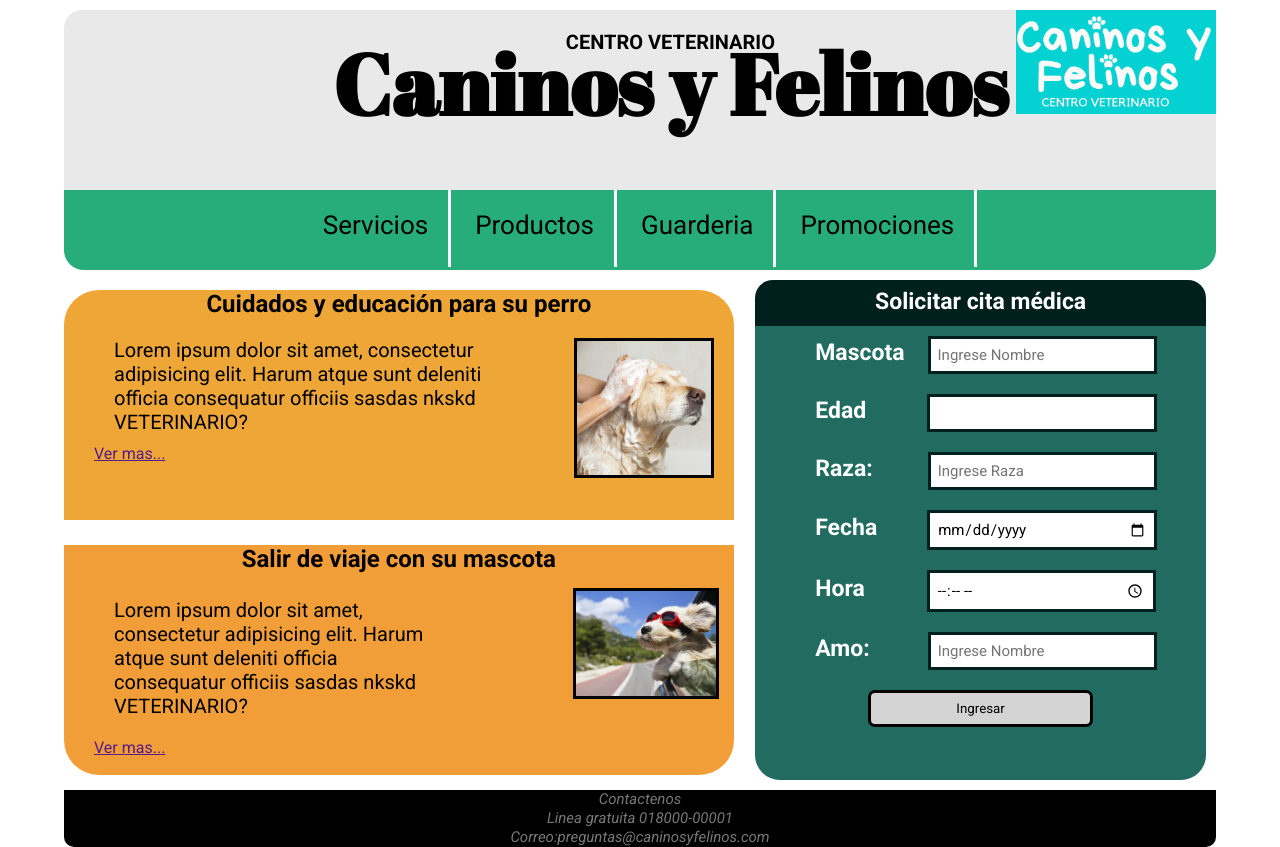
Repository: NickArregoces/Veterinaria
Page: Index.html
An editor plug-in stored every save of this project. The page is shown before and after the next save, followed by the edit.
The browser window is 1280 px wide. The pictures show the whole page.

Above is the page before, as saved 2021-10-08 18:26:11.

### Index.html
<!DOCTYPE html>
<html lang="en">
<head>
    <meta charset="UTF-8">
    <meta http-equiv="X-UA-Compatible" content="IE=edge">
    <meta name="viewport" content="width=device-width, initial-scale=1.0">
    <title>Canicos y felinos</title>
    <link rel="stylesheet" href="/CSS/Style.css">
    <link href="https://fonts.googleapis.com/css2?family=Roboto:ital,wght@0,100;0,300;0,400;0,500;0,700;0,900;1,100;1,300;1,400;1,500;1,700;1,900&display=swap" rel="stylesheet">
    <link rel="preconnect" href="https://fonts.googleapis.com">
    <link rel="preconnect" href="https://fonts.gstatic.com" crossorigin>
    <link href="https://fonts.googleapis.com/css2?family=Abril+Fatface&display=swap" rel="stylesheet">

</head>
<body>
    <div id="head">
        <header>
            <div class="image">
                <img src="/Images/logo.png" alt="logo">
            </div>
            <div class="title" >
                <h3>CENTRO VETERINARIO</h3>
                <h1>Caninos y Felinos</h1>
            </div>

        </header>

        <div class="navegador">
            <ul class="menu">
                <li><a href="#">Servicios</a></li>
                <li><a href="#">Productos</a></li>
                <li><a href="#">Guarderia</a></li>
                <li><a href="#">Promociones</a></li>
            </ul>
        </div>

    </div>
        <div id="Contenido">
            <div class="section">

                <form action="" class="cita">
                    <h3 style="color: rgb(255, 255, 255);">Solicitar cita médica</h3>
                        <div class="Mascota">
                            <h4>Mascota<input type="text" placeholder="Ingrese Nombre" required></h4>
                        </div>

                        <div class="Edad">
                            <h4>Edad<input type="number" required></h4>
                        </div>

                        <div class="Raza">
                            <h4>Raza:<input type="text" placeholder="Ingrese Raza" required></h4>
                        </div>
                        <div class="Fecha">
                            <h4>Fecha<input type="date" placeholder="" required></h4>
                        </div>

                        <div class="Hora">
                            <h4>Hora<input type="time" required></h4>
                        </div>

                        <div class="Amo">
                            <h4>Amo:<input type="text" placeholder="Ingrese Nombre" required></h4>
                        </div>

                    <div class="button">
                        <button class="sumbit"> Ingresar </button>
                    </div>

                </form>
            </div>

            <div id="Cuadros">
                <aside>
                    <div class="Cuidados">
                        <h2 style="color: rgb(0, 0, 0);">Cuidados y educación para su perro</h2>

                        <div id="Prueba">
                            <img id="Prubea" src="/Images/credit.png" alt="">


                            <p>Lorem ipsum dolor sit amet, consectetur adipisicing elit.
                                Harum atque sunt deleniti officia consequatur officiis
                                sasdas nkskd VETERINARIO?</p>

                            <div class="vinculo"><a href="">Ver mas...</a></div>
                        </div>

                    </div>

                    <div class="Viajes">
                        <h2 style="color: rgb(0, 0, 0);">Salir de viaje con su mascota</h2>

                        <div id="Prueba">
                            <img id="Prubea" src="/Images/Wallpaper(80).jpg" alt="">

                            <p>Lorem ipsum dolor sit amet, consectetur adipisicing elit.
                            Harum atque sunt deleniti officia consequatur officiis
                            sasdas nkskd VETERINARIO?</p>

                            <div class="vinculo1"><a href="">Ver mas...</a></div>
                        </div>
                    </div>
                </aside>
            </div>

            <div>
                <footer>
                        <p>Contactenos</p>
                        <p>Linea gratuita 018000-00001</p>
                        <p>Correo:preguntas@caninosyfelinos.com</p>
                </footer>
            </div>
        </div>

</body>
</html>

### CSS/Style.css

*{
    margin: 0 auto;
    padding: 0px;
    list-style:none;
    font-family: 'Roboto', sans-serif;
}
body{
    font-family: Arial, Helvetica, sans-serif;
    background: rgb(255, 255, 255);
    width: 90%;
    color: rgb(0, 0, 0);
}
header{
    width: 100%;
    margin-top: 10px;
    background:rgb(233, 233, 233);
    border-top-left-radius:  18px;
    border-top-right-radius:  18px;
    height: 180px;
}
    img{
        float: right;
        width: 200px;
    }
    .title{
        float: right;
        width: 60%;
        margin-top: 20px;
    }
    header h1{
        font-family: 'Abril Fatface', cursive;
        font-size: 85px;
        text-align: center;
        line-height: 60px;
        display: block;
        color: black;
    }
    header h3{
        font-size: 20px;
        text-align: center;
    }
div.navegador{
    text-align: center;
}
    ul.menu{
        border-bottom-left-radius: 20px 20px;
        border-bottom-right-radius: 20px 20px;
        background: rgb(38, 173, 122);
        height: 80px;
        list-style: none;
        padding: 0;
        max-width: 10000px;
    }
    .menu li a{
        height: 37px;
        font-size: 26px;
        margin-right: 1px;
        text-decoration: none;
        color:black;
        padding: 20px;
        display: table-cell;
    }
    .menu li {
        border-right: solid white;
        display: inline-block;
        }
    .menu li a:hover{
        background: #242323b6;
        color: white;
        }

.section{
    width: 40%;
    float: right;
}
    /*Formulario Login*/
    form{
        background: rgb(33, 107, 97);
        border-radius: 25px;
        margin-top: 10px;
        margin-right:10px;
        margin-bottom: 10px;
        height: 500px;
    }
        form h3{
            font-size: 23px;
            text-align: center;
            background: rgb(0, 32, 29);
            height: 30px;
            padding: 8px;
            border-top-left-radius: 18px;
            border-top-right-radius: 18px;
        }
        form h4{
            font-size: 23px;
            padding: 10px;
            margin-left: 50px;
            color: rgb(255, 255, 255);

        }
        form input{
            font-size: 15px;
            width: 55%;
            padding: 7px;
            display: inline;
            border: solid rgb(0, 32, 29);
            margin-left: 10px;
        }
        div.Mascota input {
            margin-left: 23px;
        }
        div.Edad input {
            margin-left: 61px;
        }
        div.Raza input {
            margin-left: 55px;
        }
        div.Fecha input {
            margin-left: 50px;
        }
        div.Hora input {
            margin-left: 62px;
        }
        div.Amo input {
            margin-left: 58px;
        }
        div.button{
            margin-top: 10px;
            margin: auto;
            text-align: center;
            width: 50%;
            cursor: pointer;
        }
        button{
            margin-top: 10px;
            width: 100%;
            padding: 8px;
            background: rgb(212, 212, 212);
            border-radius: 7px;
            border: solid black;
            cursor: pointer;
        }
        button:hover{
            background: #000000b6;
            color: rgb(255, 255, 255);
        }
aside{
    width: 59%;
    height: 500px;
    margin-top: 10px;
    float: left;
    margin-bottom: 10px;
}
    div.Cuidados{
        height: 230px;
        border-top-left-radius: 35px;
        border-top-right-radius: 35px;
        margin-top: 10px;
        margin-right: 10px;
        background:#EEA737;
        overflow:hidden;
    }
    /*Centrado Imagenes aside*/
    #Prueba{
        float: right;
    }
        div.Cuidados h2{
            text-align: center;
        }
        div.Cuidados img {
            margin: 20px;
            width: 20%;
            border: solid black;
        }
        /*Efecto Imagenes aside*/
        div img:hover{
            -webkit-transform:scale(0.9);
            transform:scale(0.9);
        }
        div.Cuidados p{
            font-size: 20px;
            margin-top: 20px;
            margin-left: 50px;
            width: 60%;
            display: inline-block;
        }
        div.Cuidados a{
            position: absolute;
            margin-left: 30px;
            margin-top: 10px;
        }

    div.Viajes {
        height: 230px;
        border-bottom-right-radius: 35px;
        border-bottom-left-radius: 35px;
        margin-top: 25px;
        margin-right: 10px;
        background: #F29E38;
        overflow: hidden;
    }
        div.Viajes h2{
            text-align: center;
        }
        div.Viajes img {
            width: 140px;
            margin: 15px;
            border: solid black;
        }
        div.Viajes p{
            font-size: 20px;
            margin-top: 25px;
            margin-left: 50px;
            width: 50%;
            display: inline-block;
        }
        div.vinculo1 a{
            position: absolute;
            margin-left: 30px;
            margin-top: 20px;
        }

footer{
    background: black;
    clear: both;
    border-bottom-left-radius: 10px;
    border-bottom-right-radius: 10px;
}
    footer p{
        font-size: 15px;
        text-align: center;
        line-height: 15px;
        color: rgb(121, 119, 119);
        font-style:italic;
        padding: 2px;
    }

After the next save:
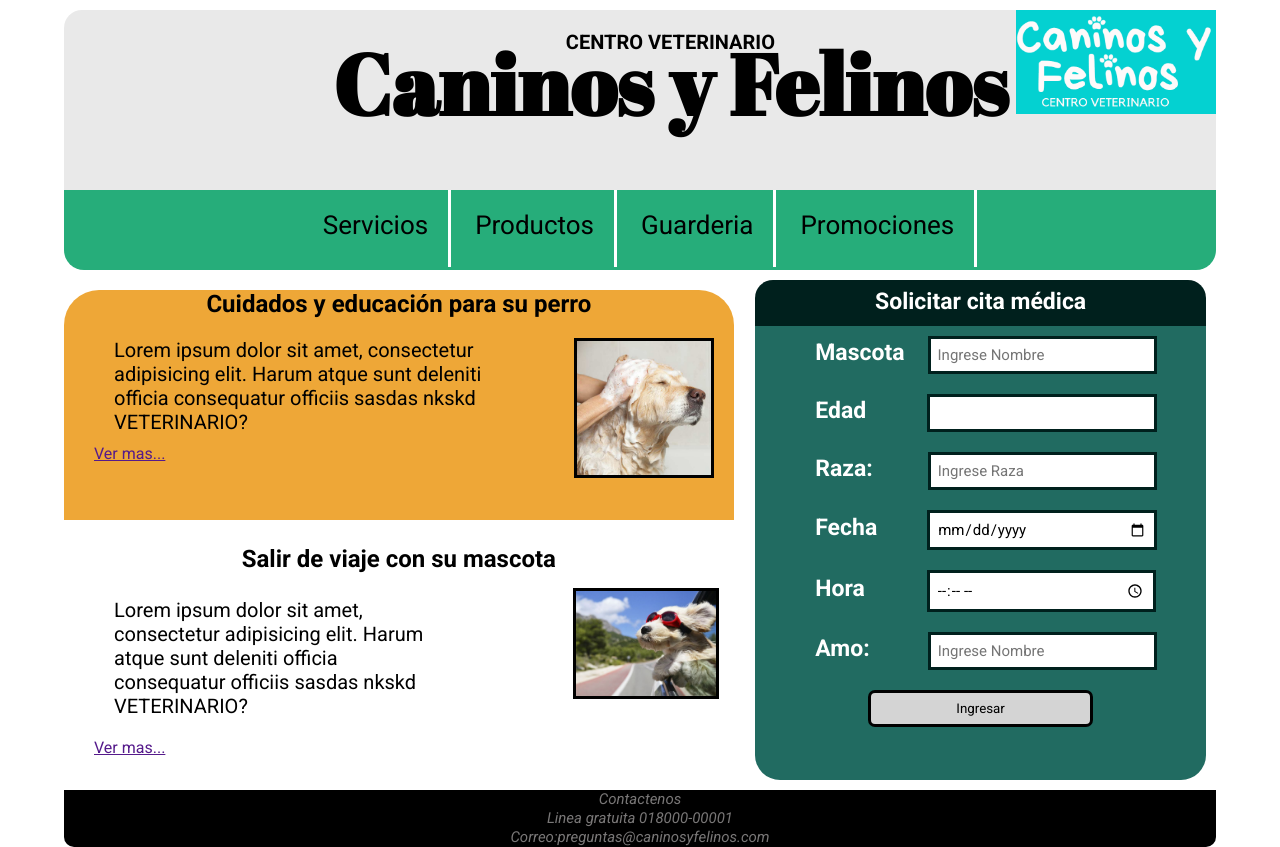
Saved 13 s later.
--- a/CSS/Style.css
+++ b/CSS/Style.css
@@ -197,7 +197,7 @@
         border-bottom-left-radius: 35px;
         margin-top: 25px;
         margin-right: 10px;
-        background: #F29E38;
+        background: ##EEA737;
         overflow: hidden;
     }
         div.Viajes h2{

After the save that followed:
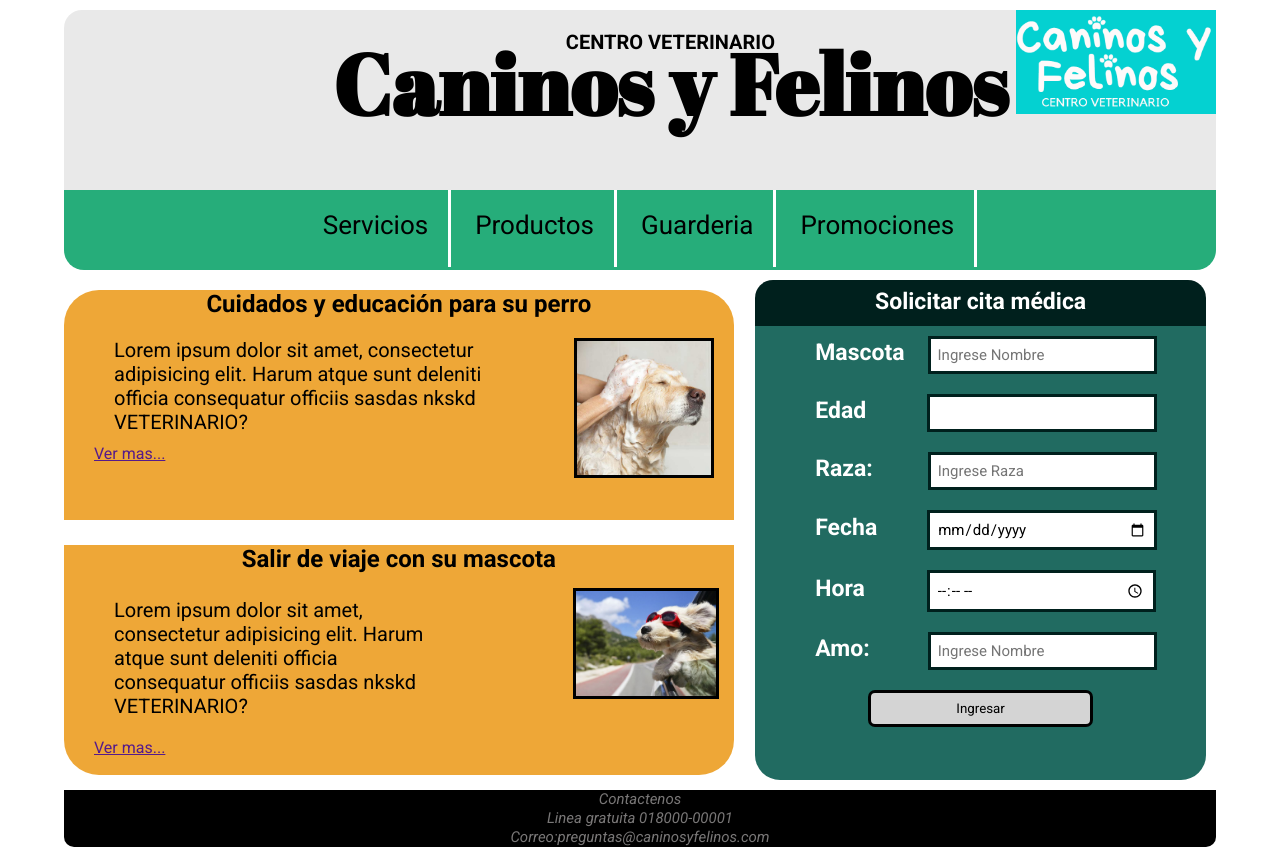
Saved 4 s later.
--- a/CSS/Style.css
+++ b/CSS/Style.css
@@ -197,7 +197,7 @@
         border-bottom-left-radius: 35px;
         margin-top: 25px;
         margin-right: 10px;
-        background: ##EEA737;
+        background: #EEA737;
         overflow: hidden;
     }
         div.Viajes h2{
